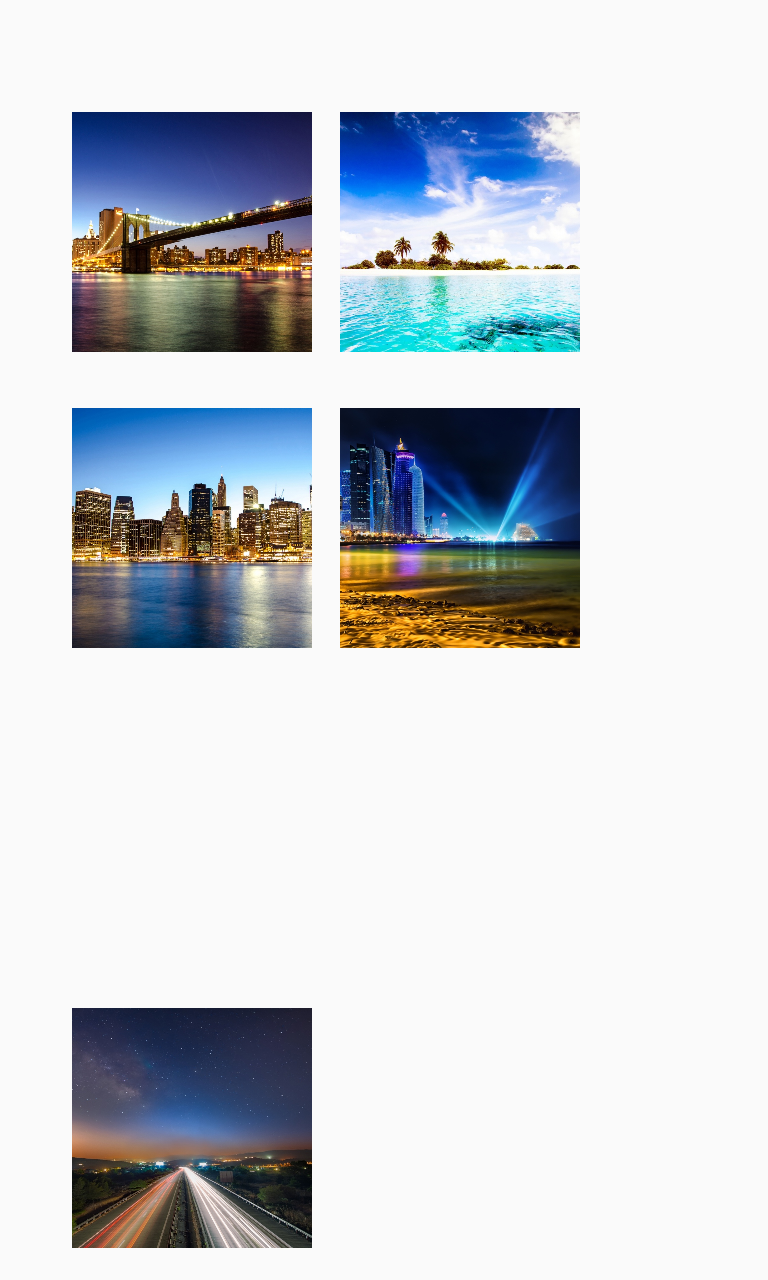
Repository: MarcSelles/nPuzzle10447768
Layout: NPuzzle10447768/res/layout/activity_main.xml
These files come from the project's save history. The layout is drawn as it stood at one moment and after the next save; the edit follows.
It is drawn on a 768 x 1280 px phone screen (xhdpi) without system bars, with theme AppTheme; the app's code is not run.

Above is the layout before, as saved 2014-11-22 18:02:05.

After the next save:
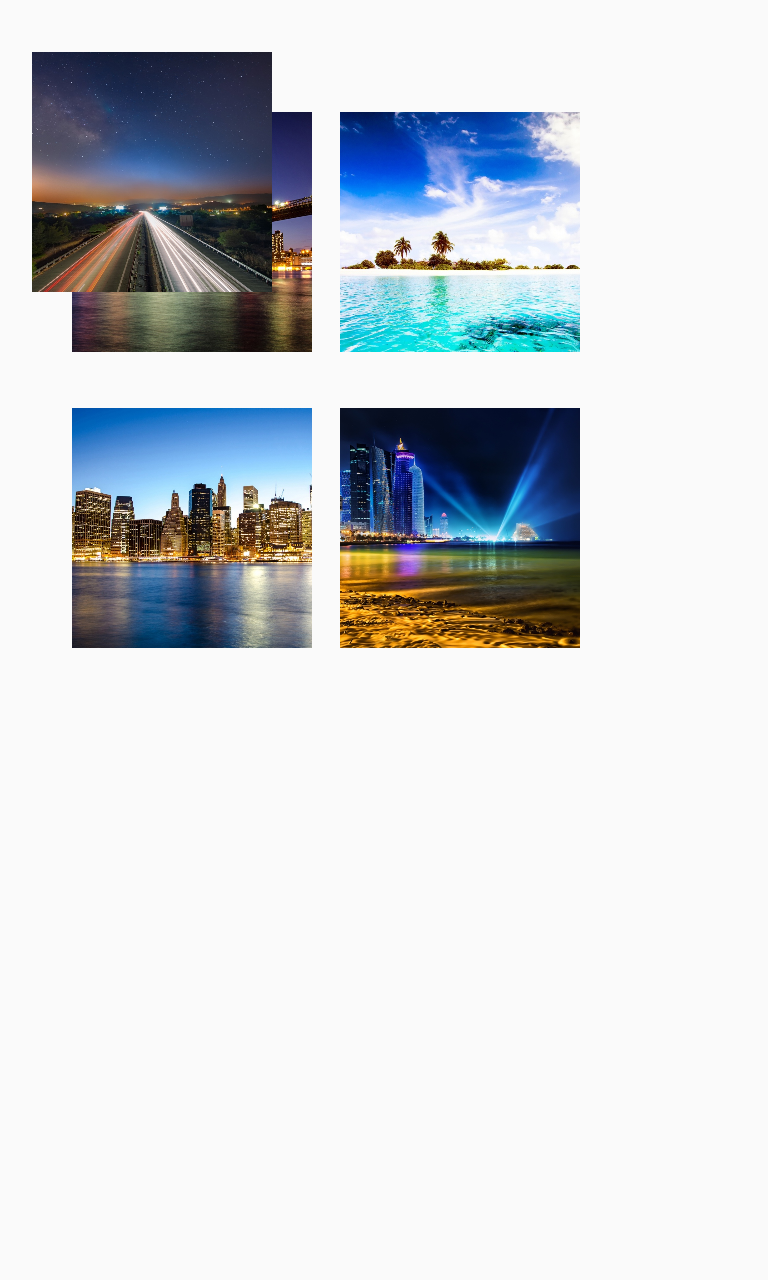
Saved 14 s later.
--- a/NPuzzle10447768/res/layout/activity_main.xml
+++ b/NPuzzle10447768/res/layout/activity_main.xml
@@ -52,8 +52,6 @@
         android:id="@+id/imageView5"
         android:layout_width="120dp"
         android:layout_height="120dp"
-        android:layout_alignParentBottom="true"
-        android:layout_toLeftOf="@+id/imageView2"
  		android:layout_marginTop="10dp"
         android:scaleType="fitXY"
         android:src="@drawable/rush_hour" />
